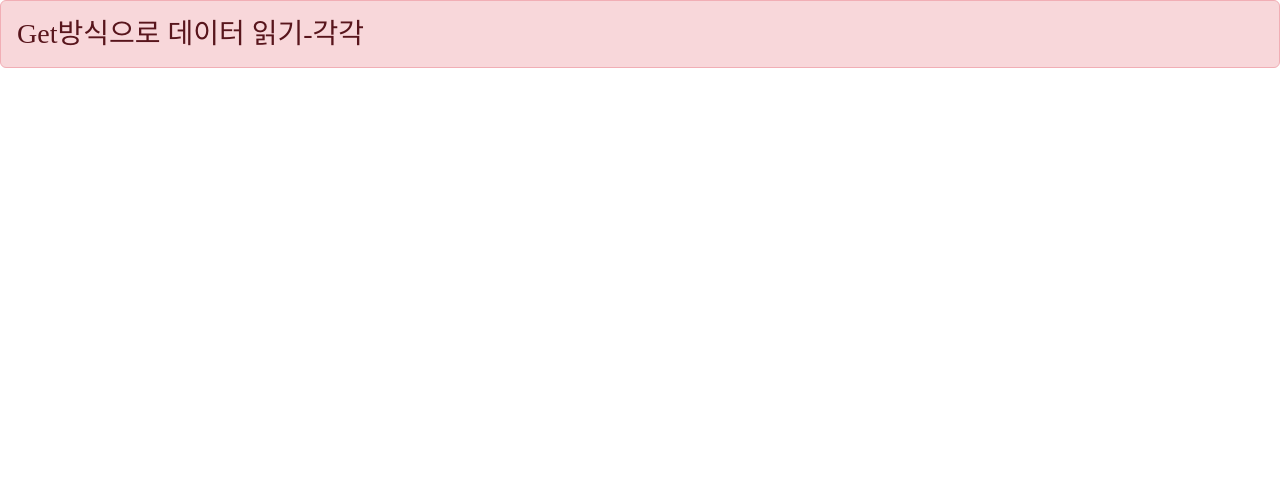
Repository: hyuck9409/newnaver0314
Page: http://localhost/SpringMvcEx2/form1
The author's editor kept a copy of each file at every save. The page is drawn from the files as they stood at one save, then again after the next save.
The browser window is 1280 px wide. The pictures show the whole page.
Some web fonts or font styles are not loaded; a fallback is used. The page is served by Tomcat 9. Other server files are loaded and not shown.

Above is the page before, as saved 2024-05-20 02:03:03.

### naver0314devops11/springwork/SpringMvcEx2/src/main/webapp/WEB-INF/form1/myform1.jsp
<%@ page language="java" contentType="text/html; charset=UTF-8"
   pageEncoding="UTF-8"%>
<%@taglib prefix="c" uri="http://java.sun.com/jsp/jstl/core"%>
<%@taglib prefix="fmt" uri="http://java.sun.com/jsp/jstl/fmt" %>
<!DOCTYPE html>
<html>
<head>
<meta charset="UTF-8">
<title>Insert title here</title>
<link href="https://cdn.jsdelivr.net/npm/bootstrap@5.3.3/dist/css/bootstrap.min.css" rel="stylesheet">
<script src="https://cdn.jsdelivr.net/npm/bootstrap@5.3.3/dist/js/bootstrap.bundle.min.js"></script>
<link rel="stylesheet" href="https://cdn.jsdelivr.net/npm/bootstrap-icons@1.8.0/font/bootstrap-icons.css">
<link href="https://fonts.googleapis.com/css2?family=Caveat:wght@400..700&family=Dancing+Script:wght@400..700&family=East+Sea+Dokdo&family=Jua&family=Gaegu&family=Gamja+Flower&family=Pacifico&family=Single+Day&display=swap" rel="stylesheet">
   <script src="https://code.jquery.com/jquery-3.7.0.js"></script>
   <style>
       body *{
           font-family: 'Jua';
       }
   </style>
</head>
<body>
<h3 class="alert alert-danger">Get방식으로 데이터 읽기-각각</h3>
</body>
</html>

After the next save:
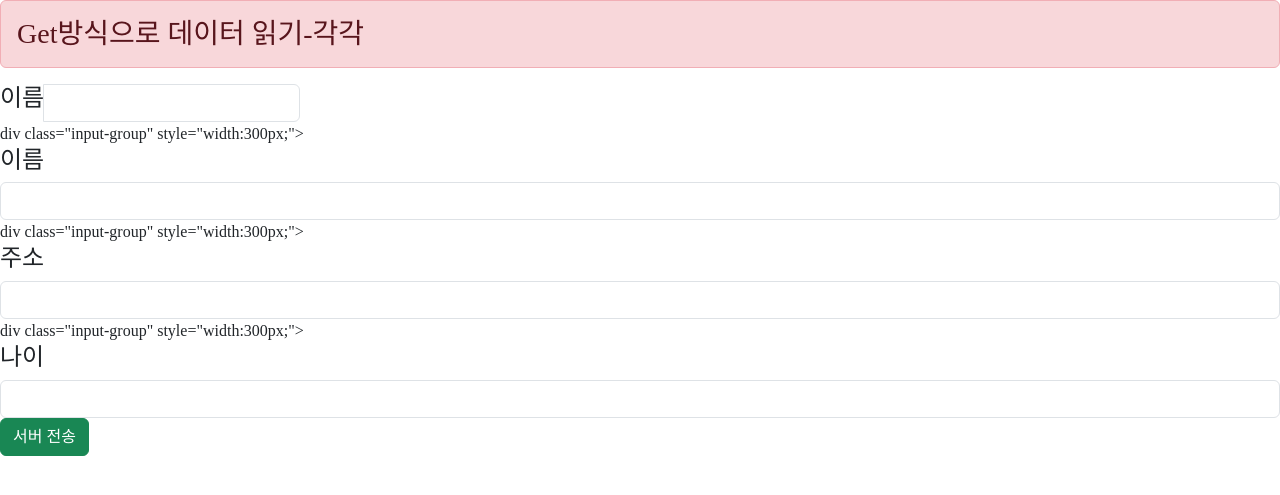
Saved 5 min 0 s later.
--- a/naver0314devops11/springwork/SpringMvcEx2/src/main/webapp/WEB-INF/form1/myform1.jsp
+++ b/naver0314devops11/springwork/SpringMvcEx2/src/main/webapp/WEB-INF/form1/myform1.jsp
@@ -20,5 +20,28 @@
 </head>
 <body>
 <h3 class="alert alert-danger">Get방식으로 데이터 읽기-각각</h3>
+<form action="./read1" method="get">
+<div class="input-group" style="width:300px;">
+<h4>이름</h4>
+<input type="text" name="name" class="form-control">
+</div>
+
+div class="input-group" style="width:300px;">
+<h4>이름</h4>
+<input type="text" name="name" class="form-control">
+</div>
+
+div class="input-group" style="width:300px;">
+<h4>주소</h4>
+<input type="text" name="addr" class="form-control">
+</div>
+
+div class="input-group" style="width:300px;">
+<h4>나이</h4>
+<input type="text" name="age" class="form-control">
+</div>
+<button type="submit" class="btn btn-success">서버 전송</button>
+
+</form>
 </body>
 </html>
